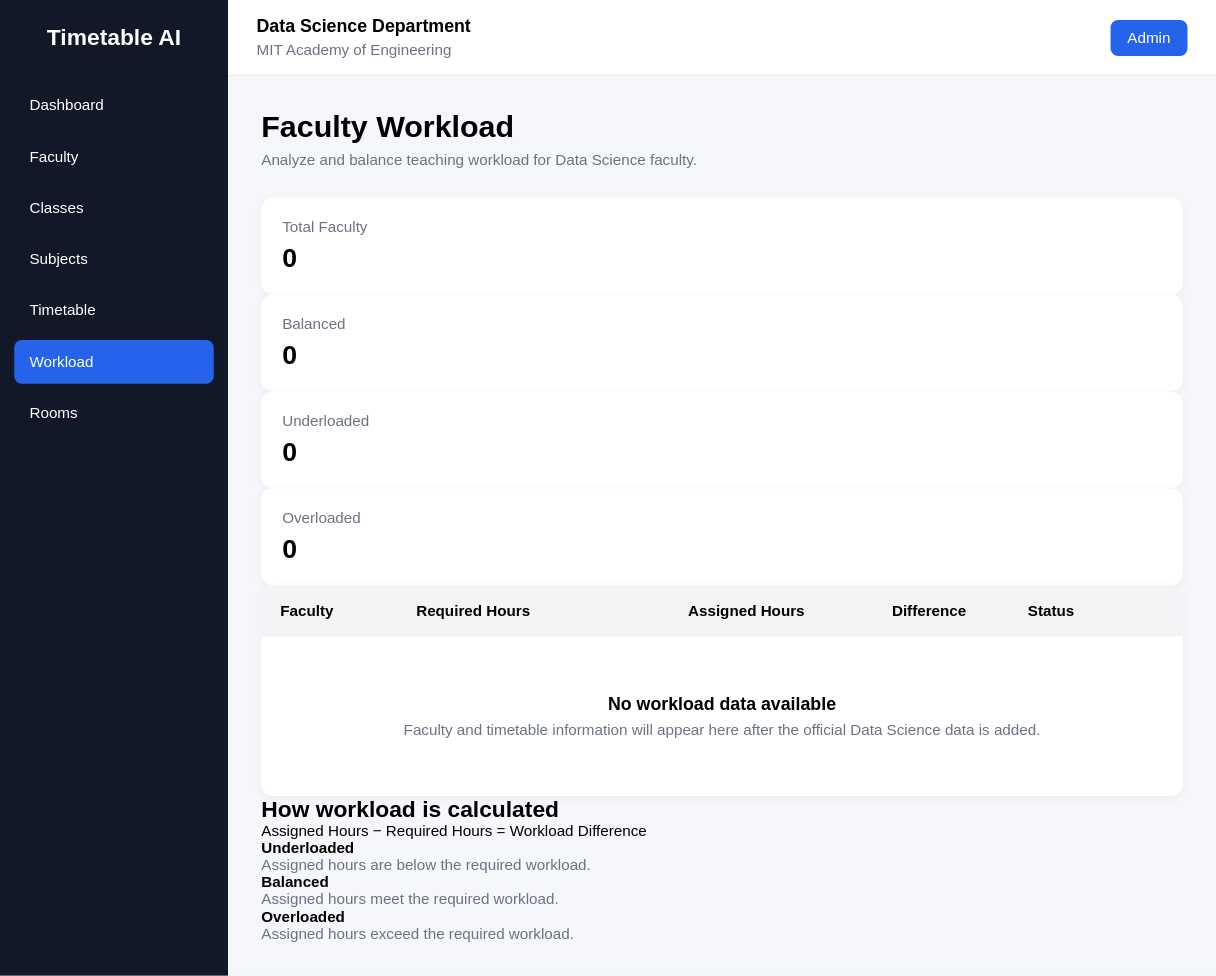
Repository: palak-surana/Intelligent-Timetable-System
Page: /workload (app in frontend/)
The author's editor kept a copy of each file at every save. The page is drawn from the files as they stood at one save, then again after the next save.
The browser window is 1280 px wide. The pictures show the whole page, at 95% of full size.
The project was rebuilt for these pictures with package versions that can differ from the ones it lists, and the page was loaded fresh each time. Also part of the build but not shown: frontend/vite.config.js, frontend/src/pages/Dashboard.jsx, frontend/src/pages/Faculty.jsx, frontend/src/pages/Classes.jsx, frontend/src/pages/Subjects.jsx, frontend/src/pages/Timetable.jsx, frontend/src/pages/Rooms.jsx.

Above is the page before, as saved 2026-08-15 22:46:55.

### frontend/src/index.css
* {
  margin: 0;
  padding: 0;
  box-sizing: border-box;
}

body {
  font-family: Arial, sans-serif;
  background: #f5f7fb;
}

.app {
  display: flex;
  min-height: 100vh;
}

.sidebar {
  width: 240px;
  min-height: 100vh;
  background: #111827;
  color: white;
  padding: 25px 15px;
}

.sidebar h2 {
  text-align: center;
  margin-bottom: 35px;
}

.nav-item {
  padding: 14px 16px;
  margin-bottom: 8px;
  border-radius: 8px;
  cursor: pointer;
}

.nav-item:hover,
.nav-item.active {
  background: #2563eb;
}

.main {
  flex: 1;
}

.navbar {
  height: 80px;
  background: white;
  padding: 15px 30px;
  display: flex;
  justify-content: space-between;
  align-items: center;
  border-bottom: 1px solid #e5e7eb;
}

.navbar h3 {
  margin-bottom: 5px;
}

.navbar p {
  color: #6b7280;
}

.admin {
  background: #2563eb;
  color: white;
  padding: 10px 18px;
  border-radius: 8px;
}

.dashboard {
  padding: 35px;
}

.dashboard h1 {
  margin-bottom: 8px;
}

.welcome {
  color: #6b7280;
  margin-bottom: 30px;
}

.stats {
  display: grid;
  grid-template-columns: repeat(4, 1fr);
  gap: 20px;
}

.card {
  background: white;
  padding: 25px;
  border-radius: 12px;
  box-shadow: 0 2px 10px rgba(0, 0, 0, 0.05);
}

.card h2 {
  font-size: 32px;
  margin-bottom: 8px;
}

.card p {
  color: #6b7280;
}

.department-card {
  background: white;
  margin-top: 30px;
  padding: 25px;
  border-radius: 12px;
}

.classes {
  display: flex;
  gap: 20px;
  margin-top: 20px;
}

.classes div {
  flex: 1;
  padding: 25px;
  background: #f3f4f6;
  border-radius: 10px;
  text-align: center;
  font-weight: bold;
}

/* Sidebar links */
.nav-item {
  display: block;
  color: white;
  text-decoration: none;
  padding: 14px 16px;
  margin-bottom: 8px;
  border-radius: 8px;
  cursor: pointer;
}

.nav-item:hover {
  background: #2563eb;
}

.nav-item.active {
  background: #2563eb;
}

/* Page content */
.page {
  padding: 35px;
}

.page h1 {
  margin-bottom: 10px;
}

.page p {
  color: #6b7280;
}

.page-header {
  display: flex;
  justify-content: space-between;
  align-items: center;
  margin-bottom: 30px;
}

.page-header h1 {
  margin-bottom: 8px;
}

.primary-button,
.save-button {
  border: none;
  background: #2563eb;
  color: white;
  padding: 12px 20px;
  border-radius: 8px;
  cursor: pointer;
  font-size: 15px;
  font-weight: 600;
}

.primary-button:hover,
.save-button:hover {
  background: #1d4ed8;
}

.faculty-form {
  background: white;
  padding: 25px;
  border-radius: 12px;
  margin-bottom: 30px;
  box-shadow: 0 2px 10px rgba(0, 0, 0, 0.05);
}

.faculty-form h2 {
  margin-bottom: 20px;
}

.form-grid {
  display: grid;
  grid-template-columns: repeat(2, 1fr);
  gap: 15px;
  margin-bottom: 20px;
}

.form-grid input,
.form-grid select {
  padding: 12px;
  border: 1px solid #d1d5db;
  border-radius: 7px;
  font-size: 14px;
  outline: none;
}

.form-grid input:focus,
.form-grid select:focus {
  border-color: #2563eb;
}

.faculty-summary {
  display: grid;
  grid-template-columns: repeat(4, 1fr);
  gap: 20px;
  margin-bottom: 30px;
}

.summary-card {
  background: white;
  padding: 22px;
  border-radius: 12px;
  display: flex;
  flex-direction: column;
  gap: 8px;
  box-shadow: 0 2px 10px rgba(0, 0, 0, 0.05);
}

.summary-card span {
  color: #6b7280;
}

.summary-card strong {
  font-size: 28px;
}

.faculty-table {
  background: white;
  border-radius: 12px;
  overflow: hidden;
  box-shadow: 0 2px 10px rgba(0, 0, 0, 0.05);
}

.table-header {
  display: grid;
  grid-template-columns: 1fr 2fr 1.5fr 1fr 1fr;
  padding: 18px 20px;
  background: #f3f4f6;
  font-weight: 600;
}

.empty-state {
  text-align: center;
  padding: 60px 20px;
}

.empty-state h3 {
  margin-bottom: 8px;
}

.empty-state p {
  color: #6b7280;
}
.table-row {
  display: grid;
  grid-template-columns: 1fr 2fr 1.5fr 1fr 1fr;
  align-items: center;
  padding: 18px 20px;
  border-top: 1px solid #e5e7eb;
}

.table-row small {
  display: block;
  color: #6b7280;
  margin-top: 4px;
}

.delete-button {
  width: fit-content;
  border: none;
  background: #dc2626;
  color: white;
  padding: 8px 14px;
  border-radius: 6px;
  cursor: pointer;
}

.delete-button:hover {
  background: #b91c1c;
}
.class-summary {
  display: grid;
  grid-template-columns: repeat(3, 1fr);
  gap: 20px;
  margin-bottom: 30px;
}

.class-grid {
  display: grid;
  grid-template-columns: repeat(3, 1fr);
  gap: 20px;
}

.class-card {
  background: white;
  padding: 25px;
  border-radius: 12px;
  box-shadow: 0 2px 10px rgba(0, 0, 0, 0.05);
}

.class-icon {
  width: 50px;
  height: 50px;
  display: flex;
  align-items: center;
  justify-content: center;
  background: #2563eb;
  color: white;
  border-radius: 10px;
  font-weight: bold;
  margin-bottom: 20px;
}

.class-card h2 {
  margin-bottom: 6px;
}

.class-card p {
  color: #6b7280;
  margin-bottom: 18px;
}

.status {
  display: inline-block;
  padding: 6px 12px;
  border-radius: 20px;
  background: #dcfce7;
  color: #166534;
  font-size: 13px;
  font-weight: 600;
}
.subject-summary {
  display: grid;
  grid-template-columns: repeat(4, 1fr);
  gap: 20px;
  margin-bottom: 30px;
}

.subject-types {
  display: grid;
  grid-template-columns: repeat(2, 1fr);
  gap: 20px;
  margin-bottom: 30px;
}

.subject-type-card {
  background: white;
  padding: 25px;
  border-radius: 12px;
  display: flex;
  align-items: center;
  gap: 18px;
  box-shadow: 0 2px 10px rgba(0, 0, 0, 0.05);
}

.subject-icon {
  width: 50px;
  height: 50px;
  display: flex;
  align-items: center;
  justify-content: center;
  background: #2563eb;
  color: white;
  border-radius: 10px;
  font-size: 20px;
  font-weight: bold;
}

.subject-type-card h2 {
  margin-bottom: 5px;
}

.subject-type-card p {
  color: #6b7280;
}

.subject-header {
  grid-template-columns: 1fr 2fr 1fr 1.5fr 1.5fr;
}
.room-summary {
  display: grid;
  grid-template-columns: repeat(4, 1fr);
  gap: 20px;
  margin-bottom: 30px;
}

.room-grid {
  display: grid;
  grid-template-columns: repeat(3, 1fr);
  gap: 20px;
}

.room-card {
  background: white;
  padding: 25px;
  border-radius: 12px;
  box-shadow: 0 2px 10px rgba(0, 0, 0, 0.05);
}

.room-icon {
  width: 50px;
  height: 50px;
  background: #2563eb;
  color: white;
  border-radius: 10px;
  display: flex;
  align-items: center;
  justify-content: center;
  font-size: 20px;
  font-weight: bold;
  margin-bottom: 18px;
}

.room-card h2 {
  margin-bottom: 15px;
}

.room-card p {
  color: #6b7280;
  margin-bottom: 8px;
}

.room-card strong {
  color: #374151;
}
.timetable-controls {
  display: flex;
  gap: 15px;
  margin-bottom: 25px;
}

.timetable-controls select {
  padding: 11px 15px;
  border: 1px solid #d1d5db;
  border-radius: 8px;
  background: white;
  font-size: 14px;
}

.timetable-container {
  background: white;
  border-radius: 12px;
  overflow-x: auto;
  box-shadow: 0 2px 10px rgba(0, 0, 0, 0.05);
}

.timetable {
  width: 100%;
  border-collapse: collapse;
  min-width: 900px;
}

.timetable th {
  background: #111827;
  color: white;
  padding: 15px;
  text-align: center;
}

.timetable td {
  border: 1px solid #e5e7eb;
  padding: 12px;
  height: 80px;
  text-align: center;
}

.time-cell {
  font-weight: 600;
  color: #374151;
  background: #f9fafb;
  width: 130px;
}

.empty-slot {
  color: #9ca3af;
  font-size: 13px;
}

### frontend/src/App.jsx
import { BrowserRouter, Routes, Route } from "react-router-dom";

import Sidebar from "./components/Sidebar";
import Navbar from "./components/Navbar";

import Dashboard from "./pages/Dashboard";
import Faculty from "./pages/Faculty";
import Classes from "./pages/Classes";
import Subjects from "./pages/Subjects";
import Timetable from "./pages/Timetable";
import Workload from "./pages/Workload";
import Rooms from "./pages/Rooms";

function App() {
  return (
    <BrowserRouter>
      <div className="app">
        <Sidebar />

        <div className="main">
          <Navbar />

          <Routes>
            <Route path="/" element={<Dashboard />} />
            <Route path="/faculty" element={<Faculty />} />
            <Route path="/classes" element={<Classes />} />
            <Route path="/subjects" element={<Subjects />} />
            <Route path="/timetable" element={<Timetable />} />
            <Route path="/workload" element={<Workload />} />
            <Route path="/rooms" element={<Rooms />} />
          </Routes>
        </div>
      </div>
    </BrowserRouter>
  );
}

export default App;

### frontend/src/components/Sidebar.jsx
import { NavLink } from "react-router-dom";

function Sidebar() {
  return (
    <aside className="sidebar">
      <h2>Timetable AI</h2>

      <nav>
        <NavLink
          to="/"
          className={({ isActive }) =>
            isActive ? "nav-item active" : "nav-item"
          }
        >
          Dashboard
        </NavLink>

        <NavLink
          to="/faculty"
          className={({ isActive }) =>
            isActive ? "nav-item active" : "nav-item"
          }
        >
          Faculty
        </NavLink>

        <NavLink
          to="/classes"
          className={({ isActive }) =>
            isActive ? "nav-item active" : "nav-item"
          }
        >
          Classes
        </NavLink>

        <NavLink
          to="/subjects"
          className={({ isActive }) =>
            isActive ? "nav-item active" : "nav-item"
          }
        >
          Subjects
        </NavLink>

        <NavLink
          to="/timetable"
          className={({ isActive }) =>
            isActive ? "nav-item active" : "nav-item"
          }
        >
          Timetable
        </NavLink>

        <NavLink
          to="/workload"
          className={({ isActive }) =>
            isActive ? "nav-item active" : "nav-item"
          }
        >
          Workload
        </NavLink>

        <NavLink
          to="/rooms"
          className={({ isActive }) =>
            isActive ? "nav-item active" : "nav-item"
          }
        >
          Rooms
        </NavLink>
      </nav>
    </aside>
  );
}

export default Sidebar;

### frontend/src/components/Navbar.jsx
function Navbar() {
  return (
    <header className="navbar">
      <div>
        <h3>Data Science Department</h3>
        <p>MIT Academy of Engineering</p>
      </div>

      <div className="admin">
        Admin
      </div>
    </header>
  );
}

export default Navbar;

### frontend/src/pages/Workload.jsx
function Workload() {
  const workloadData = [];

  return (
    <main className="page">

      <div className="page-header">
        <div>
          <h1>Faculty Workload</h1>
          <p>
            Analyze and balance teaching workload for Data Science faculty.
          </p>
        </div>
      </div>

      {/* Summary */}
      <div className="workload-summary">

        <div className="summary-card">
          <span>Total Faculty</span>
          <strong>{workloadData.length}</strong>
        </div>

        <div className="summary-card">
          <span>Balanced</span>
          <strong>0</strong>
        </div>

        <div className="summary-card">
          <span>Underloaded</span>
          <strong>0</strong>
        </div>

        <div className="summary-card">
          <span>Overloaded</span>
          <strong>0</strong>
        </div>

      </div>

      {/* Workload Table */}
      <div className="faculty-table">

        <div className="table-header workload-header">
          <span>Faculty</span>
          <span>Required Hours</span>
          <span>Assigned Hours</span>
          <span>Difference</span>
          <span>Status</span>
        </div>

        {workloadData.length === 0 ? (

          <div className="empty-state">
            <h3>No workload data available</h3>
            <p>
              Faculty and timetable information will appear here
              after the official Data Science data is added.
            </p>
          </div>

        ) : (

          workloadData.map((faculty) => (
            <div className="table-row" key={faculty.id}>
              <span>{faculty.name}</span>
              <span>{faculty.required} hrs</span>
              <span>{faculty.assigned} hrs</span>
              <span>{faculty.difference} hrs</span>
              <span>{faculty.status}</span>
            </div>
          ))

        )}

      </div>

      {/* Explanation */}
      <div className="workload-info">

        <h2>How workload is calculated</h2>

        <div className="formula">
          Assigned Hours − Required Hours = Workload Difference
        </div>

        <div className="workload-rules">

          <div>
            <strong>Underloaded</strong>
            <p>Assigned hours are below the required workload.</p>
          </div>

          <div>
            <strong>Balanced</strong>
            <p>Assigned hours meet the required workload.</p>
          </div>

          <div>
            <strong>Overloaded</strong>
            <p>Assigned hours exceed the required workload.</p>
          </div>

        </div>

      </div>

    </main>
  );
}

export default Workload;

Loaded but not shown: frontend/src/main.jsx (common file)

After the next save:
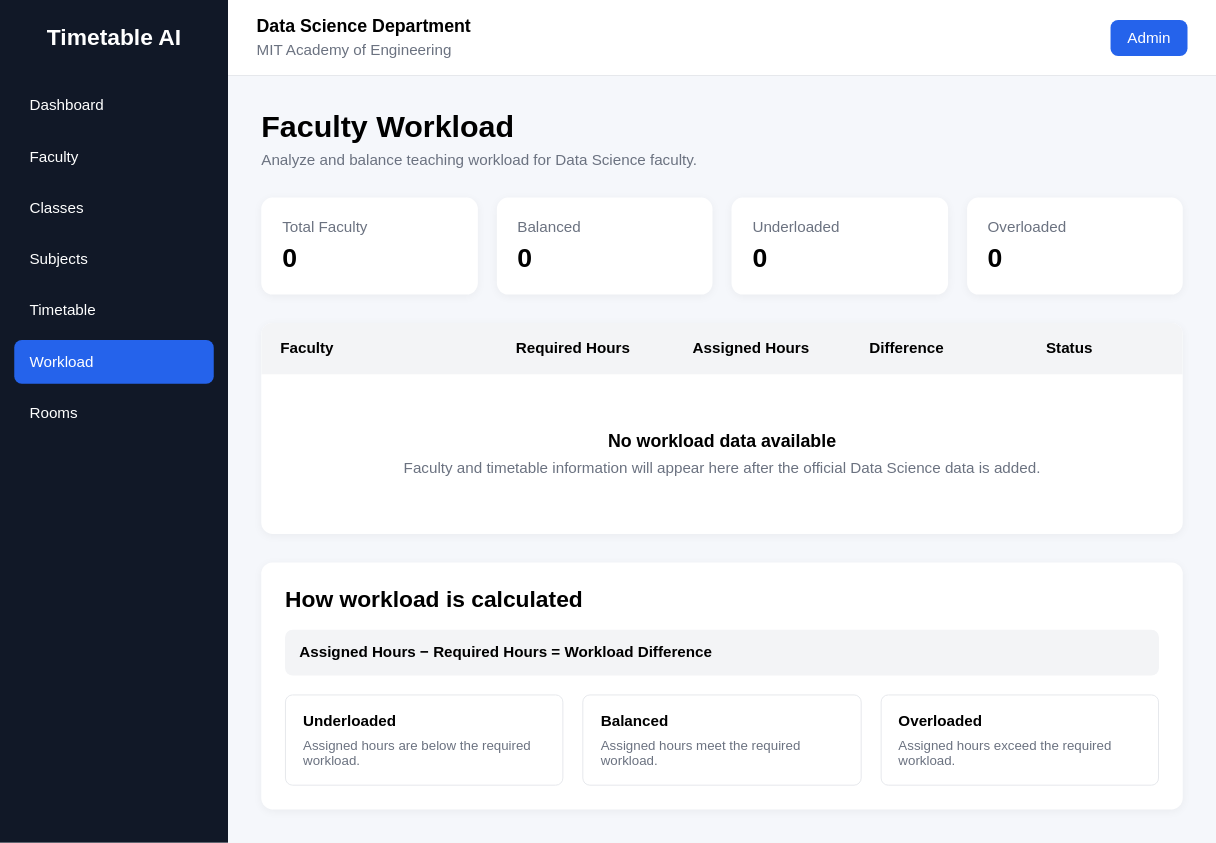
Saved 11 s later.
--- a/frontend/src/index.css
+++ b/frontend/src/index.css
@@ -494,3 +494,55 @@ body {
   color: #9ca3af;
   font-size: 13px;
 }
+.workload-summary {
+  display: grid;
+  grid-template-columns: repeat(4, 1fr);
+  gap: 20px;
+  margin-bottom: 30px;
+}
+
+.workload-header {
+  grid-template-columns: 2fr 1.5fr 1.5fr 1.5fr 1fr;
+}
+
+.workload-info {
+  background: white;
+  padding: 25px;
+  border-radius: 12px;
+  margin-top: 30px;
+  box-shadow: 0 2px 10px rgba(0, 0, 0, 0.05);
+}
+
+.workload-info h2 {
+  margin-bottom: 18px;
+}
+
+.formula {
+  background: #f3f4f6;
+  padding: 15px;
+  border-radius: 8px;
+  font-weight: 600;
+  margin-bottom: 20px;
+}
+
+.workload-rules {
+  display: grid;
+  grid-template-columns: repeat(3, 1fr);
+  gap: 20px;
+}
+
+.workload-rules div {
+  padding: 18px;
+  border: 1px solid #e5e7eb;
+  border-radius: 8px;
+}
+
+.workload-rules strong {
+  display: block;
+  margin-bottom: 8px;
+}
+
+.workload-rules p {
+  color: #6b7280;
+  font-size: 14px;
+}
